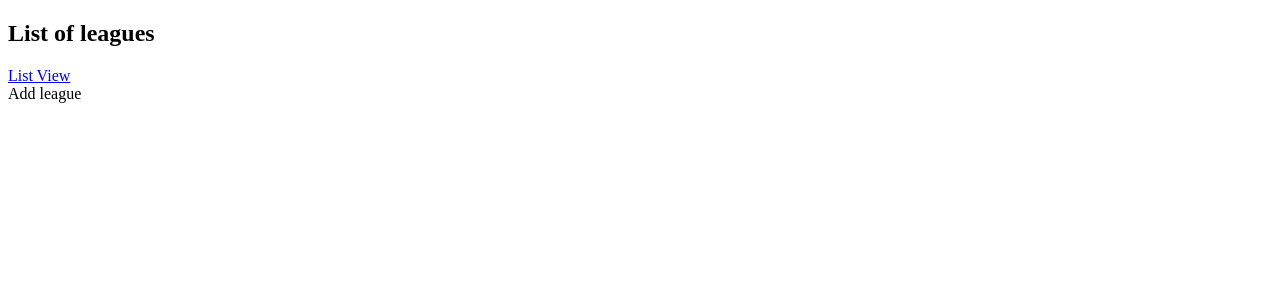
Repository: DhirajMG/ibm-fsd-000GLQ
Page: Java - 000GLQ/servlet_demo/WebContent/Home.html
The author's editor kept a copy of each file at every save. The page is drawn from the files as they stood at one save, then again after the next save.
The browser window is 1280 px wide. The pictures show the whole page.

Above is the page before, as saved 2019-08-27 03:59:28.

After the next save:
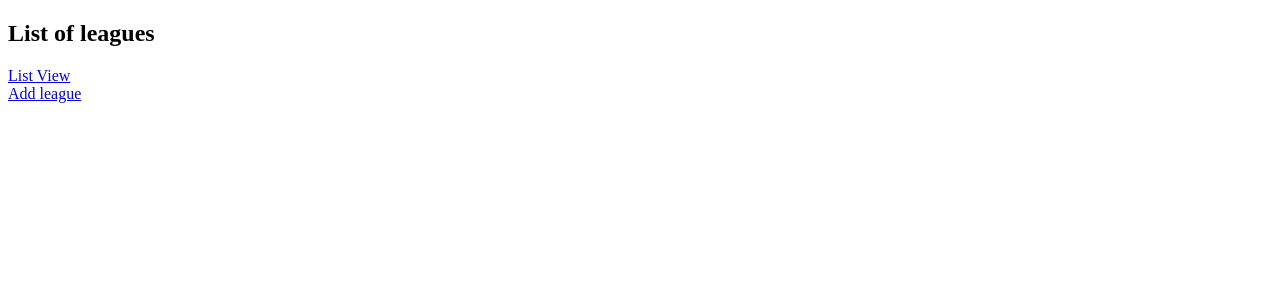
Saved 2 min 58 s later.
--- a/Java - 000GLQ/servlet_demo/WebContent/Home.html
+++ b/Java - 000GLQ/servlet_demo/WebContent/Home.html
@@ -7,6 +7,6 @@
 <body>
 <h2>List of leagues</h2>
 <p><a href="list_view">List View</a><br>
-<a href"Form.html">Add league</a>
+<a href="Form.html">Add league</a>
 </body>
 </html>
